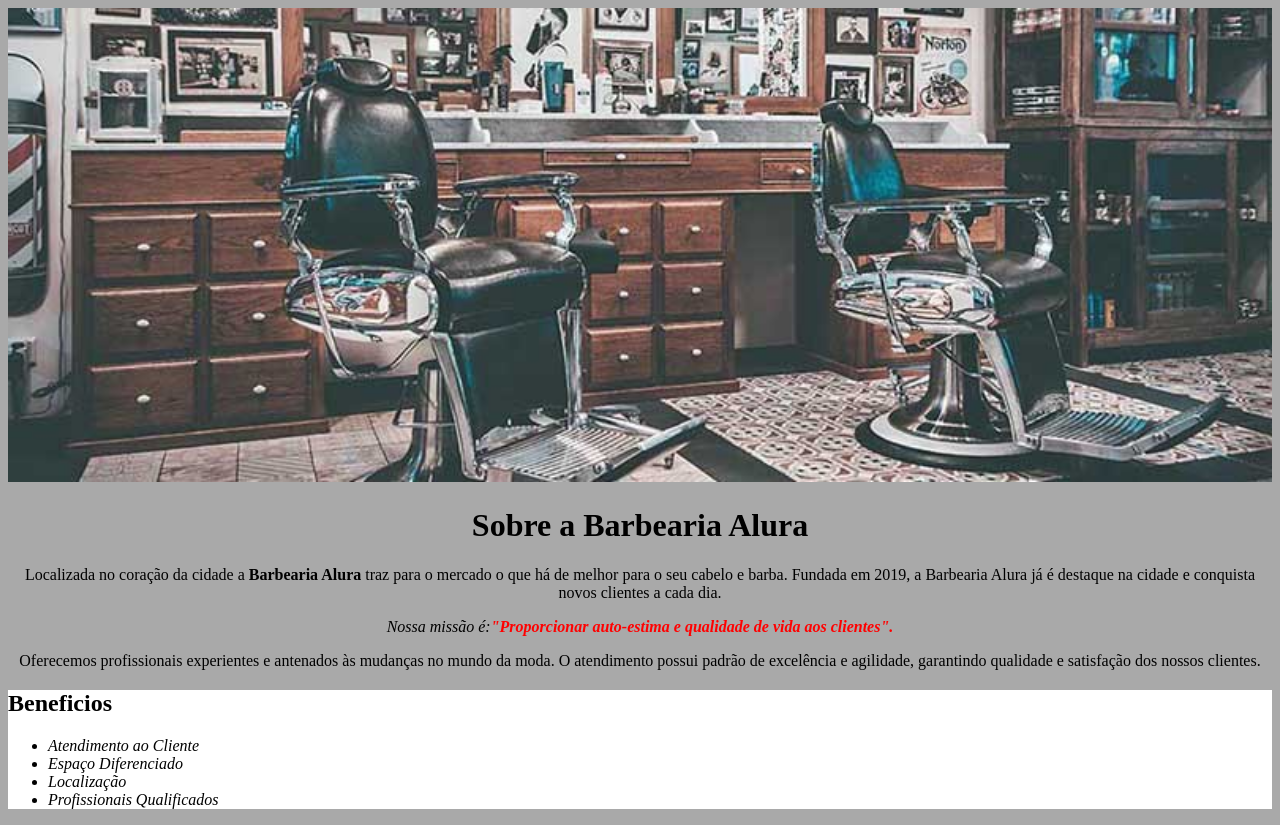
Repository: AnaBerlanda/AulaAlura
Page: index.html
These files come from the project's save history. The page is drawn as it stood at one moment and after the next save; the edit follows.
The browser window is 1280 px wide. The pictures show the whole page.

Above is the page before, as saved 2022-04-08 10:37:36.

### index.html
<!DOCTYPE html>
<html lang="pt-br">

<head>
    <meta charset="utf-8" />
    <title>Barbearia Alura</title>
    <link type="text/css" rel="stylesheet" href="index.css">
</head>
<body>
    <img id="banner" src="imagem/banner.jpg">
    <div>

        <h1>Sobre a Barbearia Alura</h1>
        <p>Localizada no coração da cidade a <strong> Barbearia Alura</strong> traz para o mercado o que há de melhor para o seu cabelo e barba.
        Fundada em 2019, a Barbearia Alura já é destaque na cidade e conquista novos clientes a cada dia.</p>
        <p><em>Nossa missão é:<strong>"Proporcionar auto-estima e qualidade de vida aos clientes".</strong></em></p>
        <p>Oferecemos profissionais experientes e antenados às mudanças no mundo da moda.
        O atendimento possui padrão de excelência e agilidade, garantindo qualidade e satisfação dos nossos clientes.</p>
    </div>
    <div class="beneficios">
        <h2>Beneficios</h2>

        <ul>
            <li class="itens">Atendimento ao Cliente</li>
            <li class="itens">Espaço Diferenciado</li>
            <li class="itens">Localização</li>
            <li class="itens">Profissionais Qualificados</li>
        </ul>
    </div>













</body>

### index.css
body{
    background-color:darkgray;
}
p{
    text-align: center;
}
em strong{
    color: red;
}
h1{
    text-align: center;
}
#banner{
    width: 100%;
}
.itens{
    font-style: italic;
}
.beneficios{
    background-color: white;
}

After the next save:
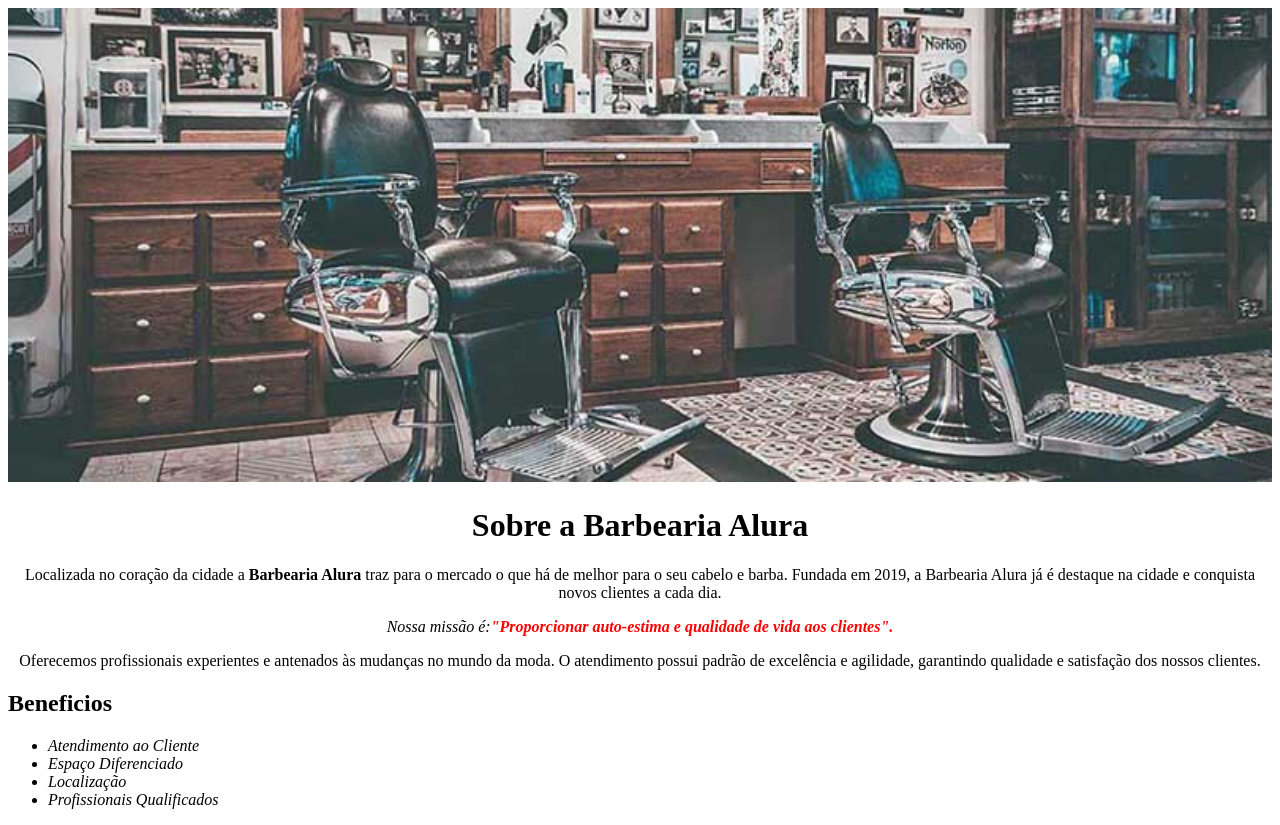
Saved 106 s later.
--- a/index.css
+++ b/index.css
@@ -1,5 +1,4 @@
 body{
-    background-color:darkgray;
 }
 p{
     text-align: center;
@@ -13,6 +12,11 @@ h1{
 #banner{
     width: 100%;
 }
+.principal{
+    background-color:darkgray;
+
+
+}
 .itens{
     font-style: italic;
 }
